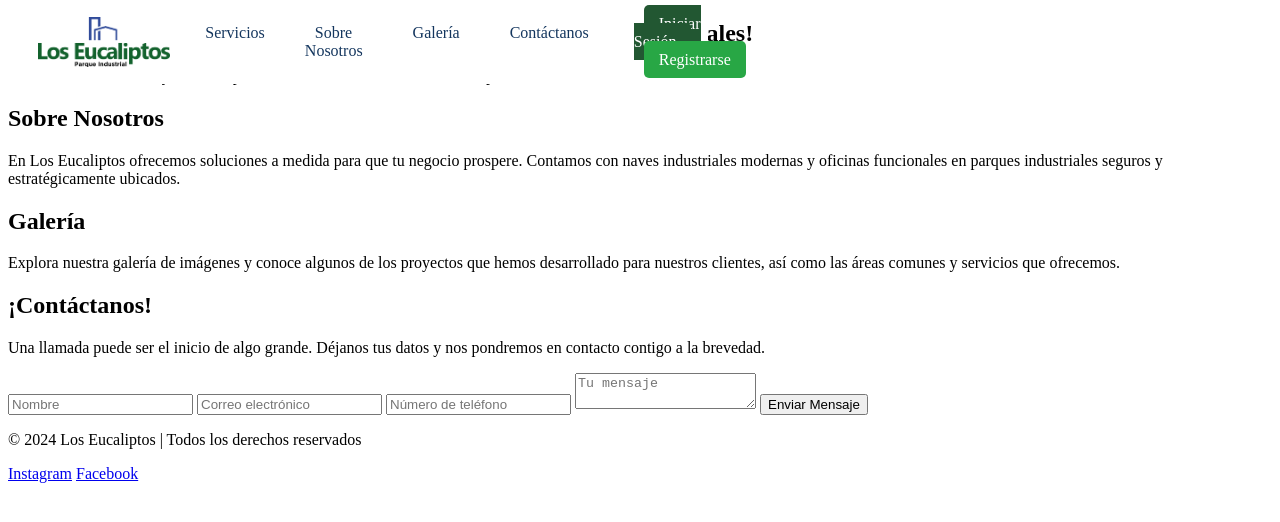
Repository: Los-Eucaliptos-WebApp/Los-Eucaliptos-FrontEnd
Page: pages/los-eucaliptos-home-page/index.html
These files come from the project's save history. The page is drawn as it stood at one moment and after the next save; the edit follows.
The browser window is 1280 px wide. The pictures show the whole page.

Above is the page before, as saved 2025-02-16 22:19:41.

After the next save:
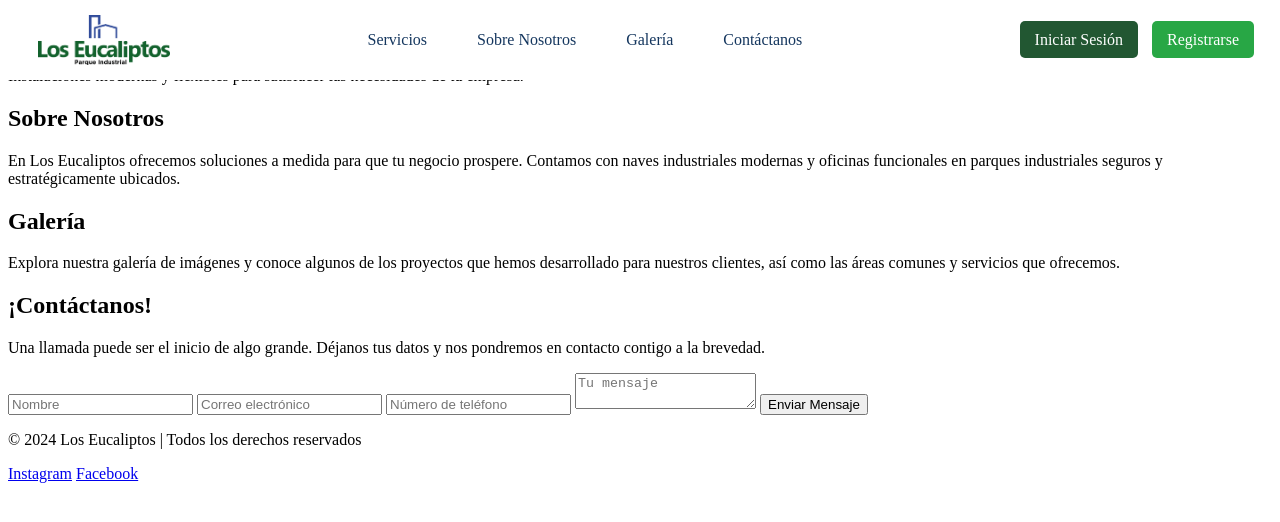
Saved 8 s later.
--- a/pages/los-eucaliptos-home-page/styles.css
+++ b/pages/los-eucaliptos-home-page/styles.css
@@ -6,7 +6,7 @@ header {
     color: rgb(0, 0, 0);
     padding: 15px 30px;
     position: fixed;
-        width: 50%;  /* Esto hace que el encabezado ocupe todo el ancho */
+        width: 95%;  /* Esto hace que el encabezado ocupe todo el ancho */
     top: 0;  /
 }
 
